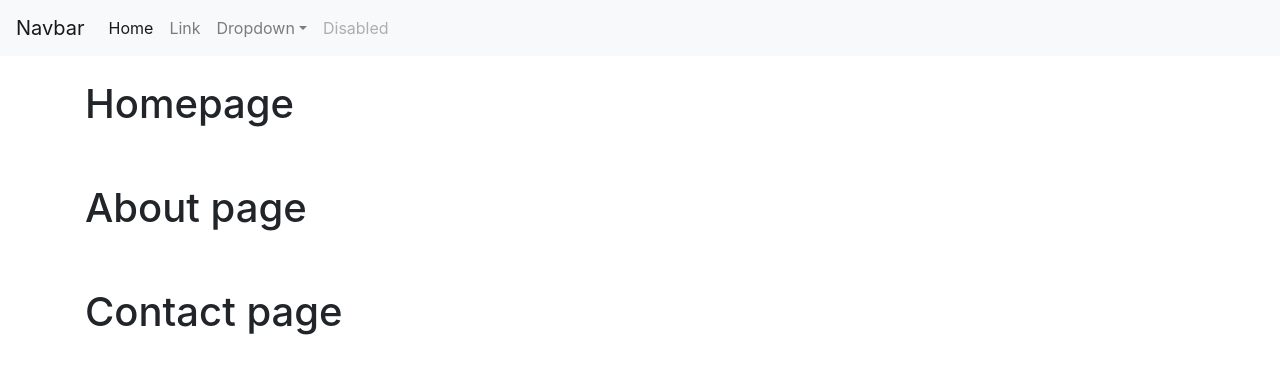
Repository: hardik2626/reactcrud2020
Page: /
These files come from the project's save history. The page is drawn as it stood at one moment and after the next save; the edit follows.
The browser window is 1280 px wide. The pictures show the whole page.
The project was rebuilt for these pictures with package versions that can differ from the ones it lists, and the page was loaded fresh each time. Also part of the build but not shown: src/index.css, src/App.css.

Above is the page before, as saved 2020-10-28 17:43:13.

After the next save:
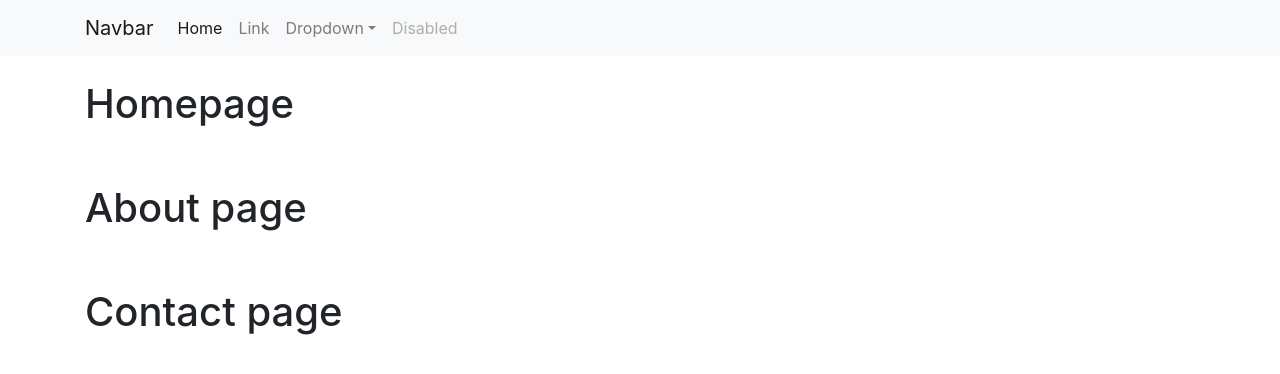
Saved 78 s later.
--- a/src/component/layout/Navbar.js
+++ b/src/component/layout/Navbar.js
@@ -4,36 +4,38 @@ const Navbar = () => {
     return (
         <>
             <nav class="navbar navbar-expand-lg navbar-light bg-light">
-  <a class="navbar-brand" href="#">Navbar</a>
-  <button class="navbar-toggler" type="button" data-toggle="collapse" data-target="#navbarSupportedContent" aria-controls="navbarSupportedContent" aria-expanded="false" aria-label="Toggle navigation">
-    <span class="navbar-toggler-icon"></span>
-  </button>
+                <div className="container">
+                <a class="navbar-brand" href="#">Navbar</a>
+                    <button class="navbar-toggler" type="button" data-toggle="collapse" data-target="#navbarSupportedContent" aria-controls="navbarSupportedContent" aria-expanded="false" aria-label="Toggle navigation">
+                        <span class="navbar-toggler-icon"></span>
+                    </button>
 
-  <div class="collapse navbar-collapse" id="navbarSupportedContent">
-    <ul class="navbar-nav mr-auto">
-      <li class="nav-item active">
-        <a class="nav-link" href="#">Home <span class="sr-only">(current)</span></a>
-      </li>
-      <li class="nav-item">
-        <a class="nav-link" href="#">Link</a>
-      </li>
-      <li class="nav-item dropdown">
-        <a class="nav-link dropdown-toggle" href="#" id="navbarDropdown" role="button" data-toggle="dropdown" aria-haspopup="true" aria-expanded="false">
-          Dropdown
-        </a>
-        <div class="dropdown-menu" aria-labelledby="navbarDropdown">
-          <a class="dropdown-item" href="#">Action</a>
-          <a class="dropdown-item" href="#">Another action</a>
-          <div class="dropdown-divider"></div>
-          <a class="dropdown-item" href="#">Something else here</a>
-        </div>
-      </li>
-      <li class="nav-item">
-        <a class="nav-link disabled" href="#">Disabled</a>
-      </li>
-    </ul>
-  </div>
-</nav>
+                    <div class="collapse navbar-collapse" id="navbarSupportedContent">
+                        <ul class="navbar-nav mr-auto">
+                        <li class="nav-item active">
+                            <a class="nav-link" href="#">Home <span class="sr-only">(current)</span></a>
+                        </li>
+                        <li class="nav-item">
+                            <a class="nav-link" href="#">Link</a>
+                        </li>
+                        <li class="nav-item dropdown">
+                            <a class="nav-link dropdown-toggle" href="#" id="navbarDropdown" role="button" data-toggle="dropdown" aria-haspopup="true" aria-expanded="false">
+                            Dropdown
+                            </a>
+                            <div class="dropdown-menu" aria-labelledby="navbarDropdown">
+                            <a class="dropdown-item" href="#">Action</a>
+                            <a class="dropdown-item" href="#">Another action</a>
+                            <div class="dropdown-divider"></div>
+                            <a class="dropdown-item" href="#">Something else here</a>
+                            </div>
+                        </li>
+                        <li class="nav-item">
+                            <a class="nav-link disabled" href="#">Disabled</a>
+                        </li>
+                        </ul>
+                    </div>
+                </div>
+            </nav>
         </>
     )
 }
